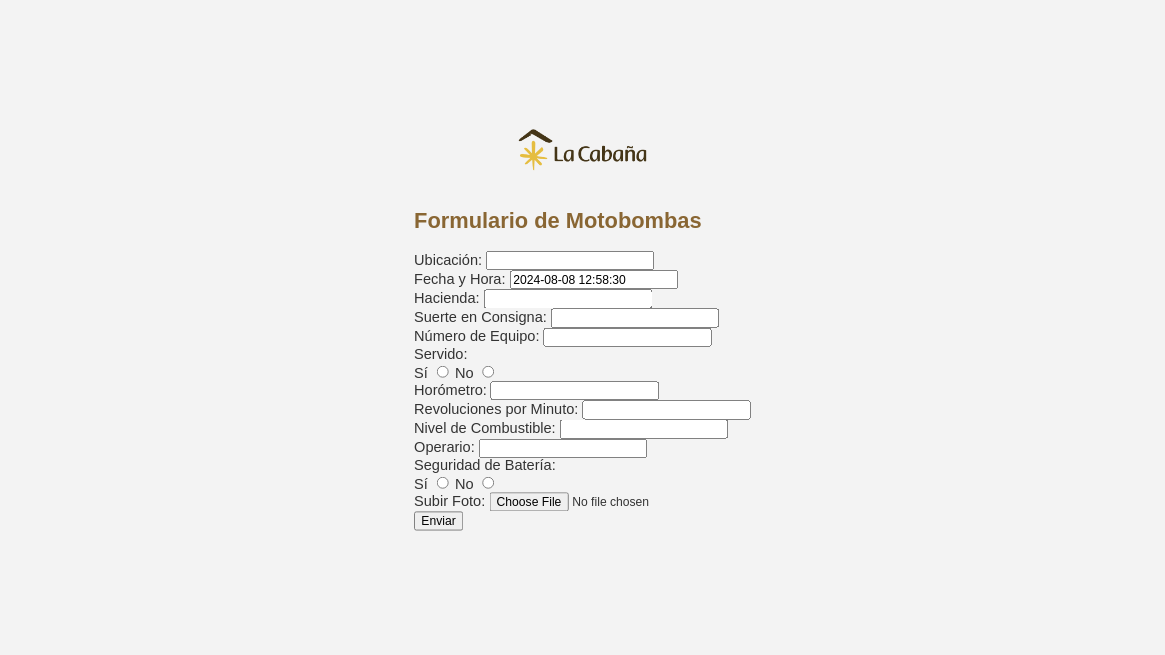
Repository: tayuanlogua/prototipo-de-control-de-accesos
Page: Patrullas/src/motobombas.html
The author's editor kept a copy of each file at every save. The page is drawn from the files as they stood at one save, then again after the next save.
The browser window is 1280 px wide. The pictures show the whole page, at 91% of full size.

Above is the page before, as saved 2024-08-22 08:09:33.

After the next save:
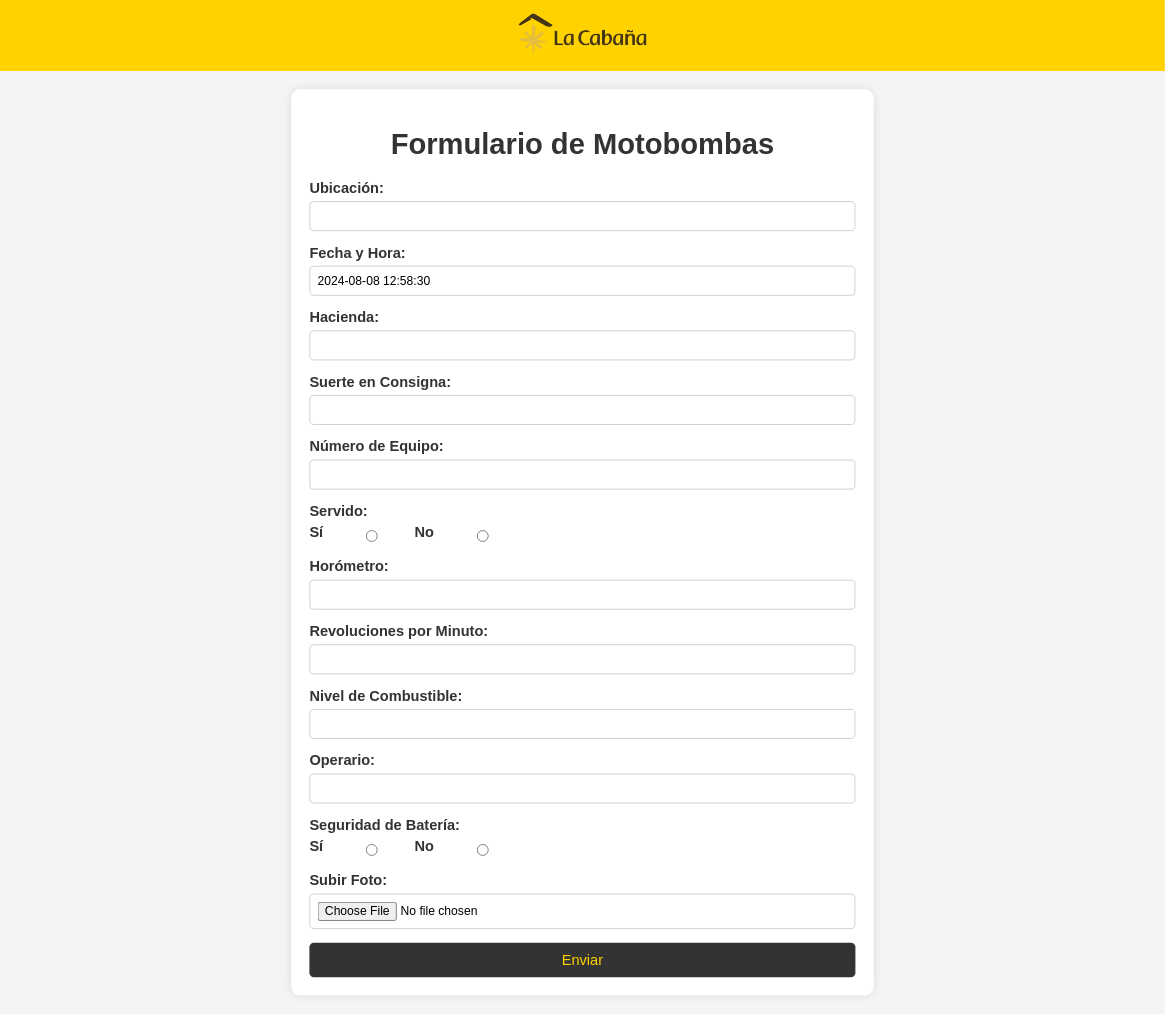
Saved 6 min 12 s later.
--- a/Patrullas/src/motobombas.html
+++ b/Patrullas/src/motobombas.html
@@ -4,12 +4,91 @@
     <meta charset="UTF-8" />
     <meta name="viewport" content="width=device-width, initial-scale=1.0" />
     <title>Formulario de Motobombas</title>
-    <link rel="stylesheet" href="styles.css" />
+    <style>
+      body {
+        font-family: Arial, sans-serif;
+        background-color: #f4f4f4;
+        margin: 0;
+        padding: 0;
+      }
+
+      .header {
+        background-color: #ffd200; /* Fondo amarillo para el logo */
+        padding: 10px 0;
+        text-align: center;
+      }
+
+      .logo {
+        width: 150px;
+        height: auto;
+      }
+
+      .login-container {
+        background-color: #ffffff;
+        max-width: 600px;
+        margin: 20px auto;
+        padding: 20px;
+        border-radius: 10px;
+        box-shadow: 0 0 10px rgba(0, 0, 0, 0.1);
+      }
+
+      h1 {
+        text-align: center;
+        color: #333;
+      }
+
+      .form-group {
+        margin-bottom: 15px;
+      }
+
+      label {
+        display: block;
+        margin-bottom: 5px;
+        color: #333;
+        font-weight: bold;
+      }
+
+      input[type="text"],
+      input[type="file"] {
+        width: 100%;
+        padding: 8px;
+        border: 1px solid #ccc;
+        border-radius: 5px;
+        box-sizing: border-box;
+      }
+
+      .radio-group {
+        display: flex;
+        justify-content: space-between;
+        max-width: 200px;
+      }
+
+      input[type="radio"] {
+        margin-left: 10px;
+      }
+
+      button {
+        display: block;
+        width: 100%;
+        padding: 10px;
+        background-color: #333;
+        color: #ffd200; /* Color amarillo para el botón de envío */
+        border: none;
+        border-radius: 5px;
+        font-size: 16px;
+        cursor: pointer;
+        transition: background-color 0.3s ease;
+      }
+
+      button:hover {
+        background-color: #555;
+      }
+    </style>
     <script defer src="motobombas.js"></script>
   </head>
   <body>
     <header class="header">
-      <img src="imagenes/LOGO.png" alt="Logo" class="logo login-logo" />
+      <img src="imagenes/LOGO.png" alt="Logo" class="logo" />
     </header>
     <div class="login-container">
       <h1>Formulario de Motobombas</h1>
@@ -105,11 +184,11 @@
               required
             />
           </div>
+        </div>
 
-          <div class="form-group">
-            <label for="foto">Subir Foto:</label>
-            <input type="file" id="foto" name="foto" accept="image/*" />
-          </div>
+        <div class="form-group">
+          <label for="foto">Subir Foto:</label>
+          <input type="file" id="foto" name="foto" accept="image/*" />
         </div>
 
         <button type="submit">Enviar</button>
